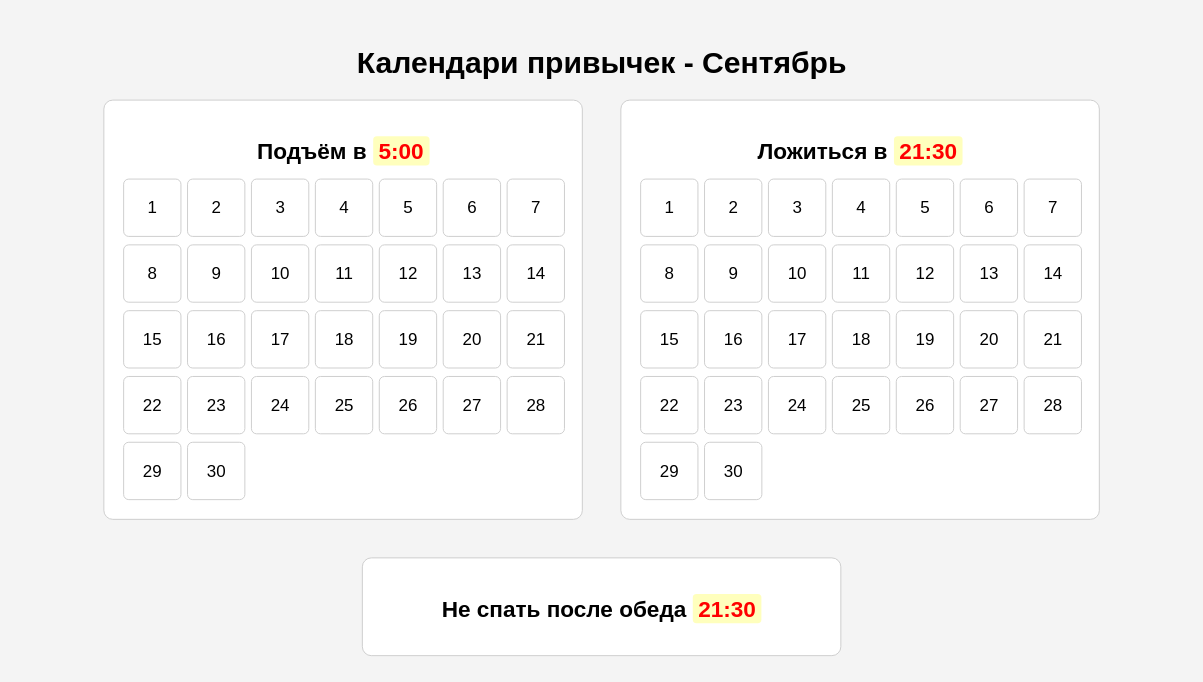
Repository: Pavel1776/doublecalendar
Page: index.html
The author's editor kept a copy of each file at every save. The page is drawn from the files as they stood at one save, then again after the next save.
The browser window is 1280 px wide. The pictures show the whole page, at 94% of full size.

Above is the page before, as saved 2025-09-18 03:35:18.

### index.html
<!DOCTYPE html>
<html lang="ru">

<head>
  <meta charset="UTF-8" />
  <meta name="viewport" content="width=device-width, initial-scale=1.0" />
  <link href="style.css" rel="stylesheet" />
  <title>Календари привычек</title>
</head>

<body>

  <h1>Календари привычек - Сентябрь</h1>

  <div class="calendars-container">
    <!-- Первый календарь -->
    <div class="calendar">
      <h2>Подъём в <span class="highlight">5:00</span></h2>
      <div class="calendar-grid" id="calendar1"></div>
    </div>

    <!-- Второй календарь -->
    <div class="calendar">
      <h2>Ложиться в <span class="highlight">21:30</span></h2>
      <div class="calendar-grid" id="calendar2"></div>
    </div>
    <!-- Третий календарь -->
    <div class="calendar">
      <h2>Не спать после обеда <span class="highlight">21:30</span></h2>
      <div class="calendar-grid" id="calendar3"></div>
    </div>
  </div>


  <script src="script.js"></script>
</body>

</html>

### style.css
body {
  font-family: Arial, sans-serif;
  background: #f4f4f4;
  display: flex;
  flex-direction: column;
  align-items: center;
  padding: 20px;
}

h1 {
  margin-bottom: 20px;
}

.calendars-container {
  display: flex;
  justify-content: center;
  gap: 40px;         /* расстояние между календарями */
  flex-wrap: wrap;    /* перенос, если не помещаются */
}

.calendar {
  background: #fff;
  border: 1px solid #ccc;
  border-radius: 10px;
  padding: 20px;
  text-align: center;
  min-width: 460px;
}

.calendar h2 {
  margin-bottom: 15px;
}

.calendar-grid {
  display: grid;
  grid-template-columns: repeat(7, 60px);
  gap: 8px;
}

.day {
  width: 60px;
  height: 60px;
  display: flex;
  align-items: center;
  justify-content: center;
  background: white;
  border: 1px solid #ccc;
  font-size: 18px;
  cursor: pointer;
  position: relative;
  user-select: none;
  border-radius: 6px;
}

/* ✔ зелёная галочка с прозрачным фоном */
.day.success::after {
  content: "✔";
  color: white;
  background-color: rgba(0, 200, 0, 0.6);
  border-radius: 50%;
  width: 60px;
  height: 60px;
  display: flex;
  align-items: center;
  justify-content: center;
  font-size: 30px;
  position: absolute;
  top: 0;
  left: 0;
  pointer-events: none;
  font-family: Arial, sans-serif;
}

/* ✖ красный крестик с прозрачным фоном
.day.fail::after {
  content: "✖";
  color: white;
  background-color: rgba(255, 0, 0, 0.6);
  border-radius: 50%;
  width: 60px;
  height: 60px;
  display: flex;
  align-items: center;
  justify-content: center;
  font-size: 30px;
  position: absolute;
  top: 0;
  left: 0;
  pointer-events: none;
  font-family: Arial, sans-serif;
} */
 /* ✖ красный прозрачный крестик поверх числа */
.day.fail::after {
  content: "✖";
  color: rgba(255, 0, 0, 0.6); /* красный полупрозрачный текст */
  font-size: 40px;
  position: absolute;
  top: 50%;
  left: 50%;
  transform: translate(-50%, -50%);
  pointer-events: none;
  font-family: Arial, sans-serif;
}


.highlight {
  font-weight: bold;
  color: red;
  background-color: rgba(255, 255, 0, 0.26);
  padding: 2px 6px;
  border-radius: 4px;
}

### script.js
const daysInSeptember = 30;

/**
 * Рисует календарь в контейнере containerId.
 * Каждый день хранит статус в localStorage под ключом storageKey:
 * объект { "1": "success", "2": "fail", ... }
 */
function renderCalendar(containerId, storageKey) {
  const calendar = document.getElementById(containerId);
  if (!calendar) return;

  // Загружаем статус (объект)
  let dayStatus = JSON.parse(localStorage.getItem(storageKey)) || {};

  // Отрисовываем дни
  for (let i = 1; i <= daysInSeptember; i++) {
    const day = document.createElement("div");
    day.classList.add("day");
    day.textContent = i;

    // Восстановить статус (если есть)
    if (dayStatus[i] === "success") day.classList.add("success");
    if (dayStatus[i] === "fail") day.classList.add("fail");

    // Клик: пусто -> success -> fail -> пусто
    day.addEventListener("click", () => {
      if (day.classList.contains("success")) {
        day.classList.remove("success");
        day.classList.add("fail");
        dayStatus[i] = "fail";
      } else if (day.classList.contains("fail")) {
        day.classList.remove("fail");
        delete dayStatus[i];
      } else {
        day.classList.add("success");
        dayStatus[i] = "success";
      }

      // Сохраняем обновлённый объект в localStorage
      localStorage.setItem(storageKey, JSON.stringify(dayStatus));
    });

    calendar.appendChild(day);
  }
}

// Отрисовать оба календаря (разные ключи в localStorage)
renderCalendar("calendar1", "morningStatus");
renderCalendar("calendar2", "bedtimeStatus");

After the next save:
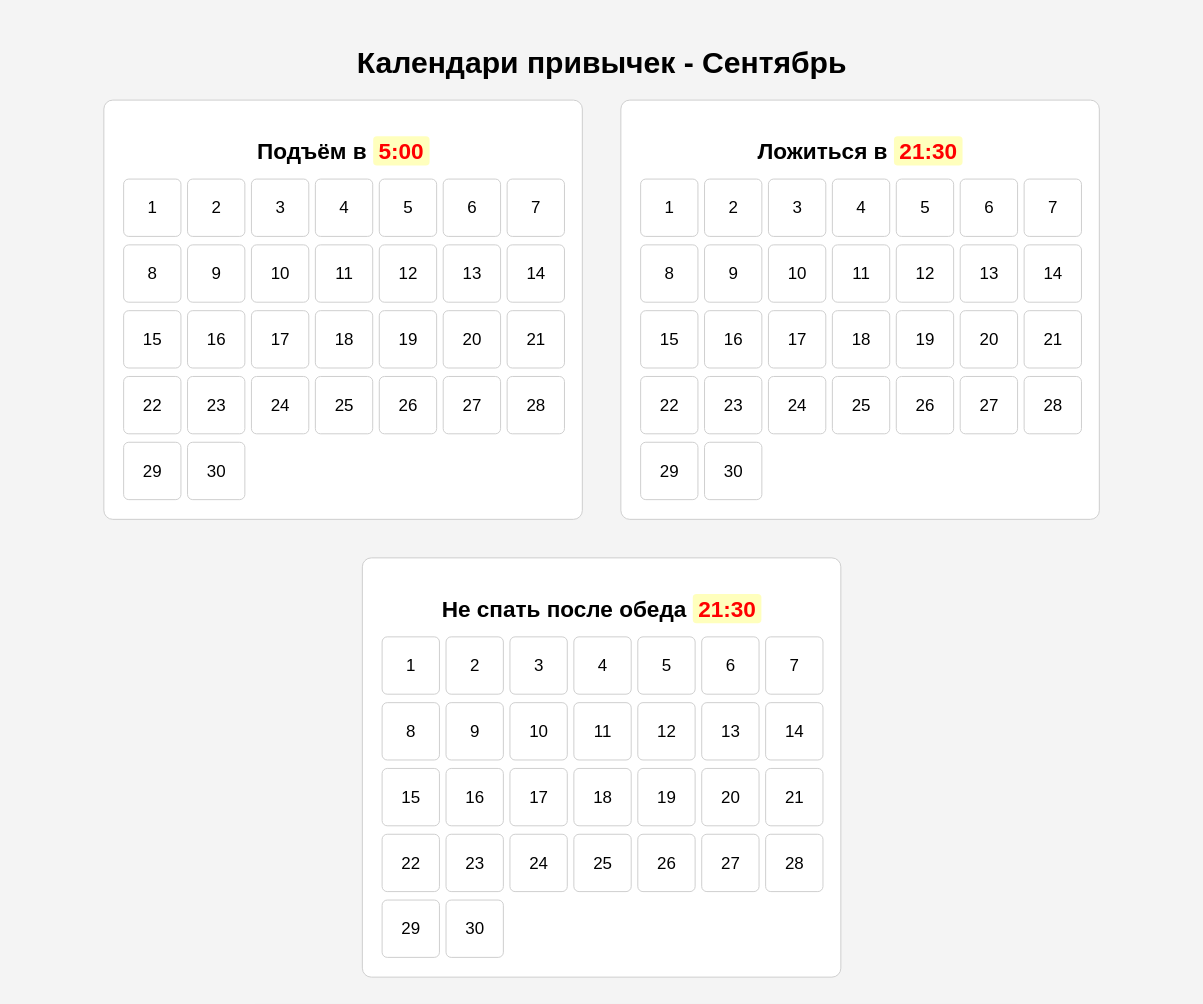
Saved 73 s later.
--- a/script.js
+++ b/script.js
@@ -47,3 +47,4 @@
 // Отрисовать оба календаря (разные ключи в localStorage)
 renderCalendar("calendar1", "morningStatus");
 renderCalendar("calendar2", "bedtimeStatus");
+renderCalendar("calendar3", "bedtimeStatus");
